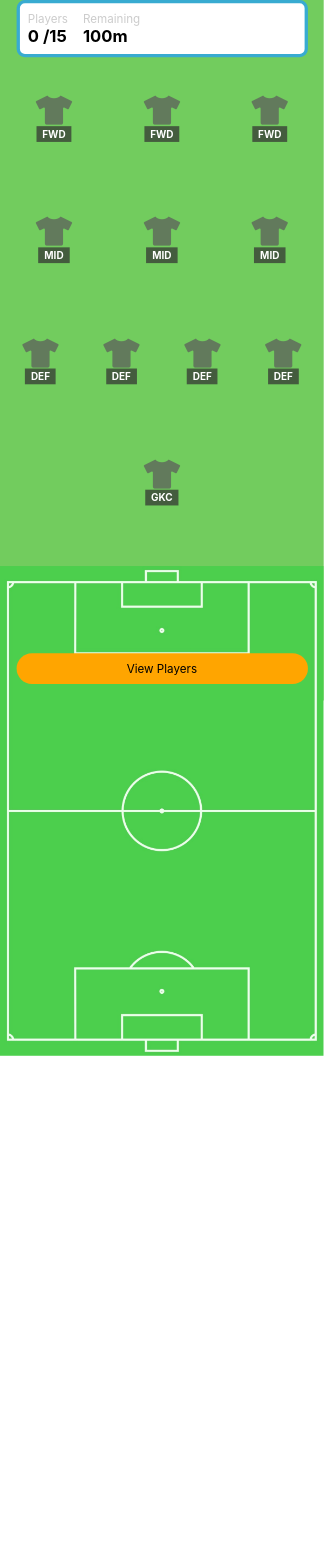
Repository: JavaidAhmadKhan/UEFA
Screen: /
The author's editor kept a copy of each file at every save. The screen is drawn from the files as they stood at one save, then again after the next save.
The pictures are shown at 83% of full size.
The app was drawn by React Native's web renderer in a window 390 px wide. The project was rebuilt for these pictures with package versions that can differ from the ones it lists, and the page was loaded fresh each time. Some packages were replaced by stand-ins written for this rebuild.

Above is the screen before, as saved 2021-07-07 12:10:01.

After the next save:
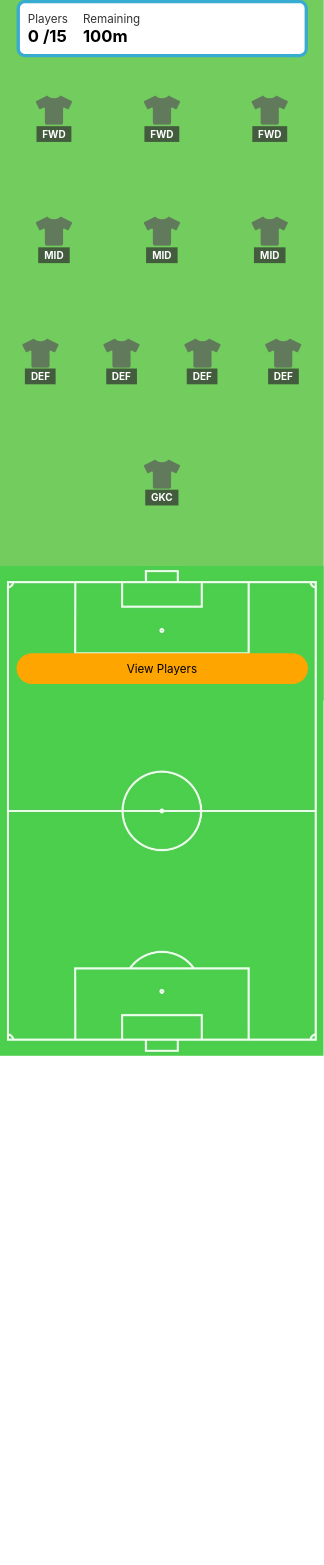
Saved 7 s later.
--- a/components/TeamStats.tsx
+++ b/components/TeamStats.tsx
@@ -31,7 +31,7 @@ const styles = StyleSheet.create({
     marginRight: 18,
   },
   label: {
-      color: "#ccc",
+      color: "#333",
   },
   value: {
     fontSize: 20,
